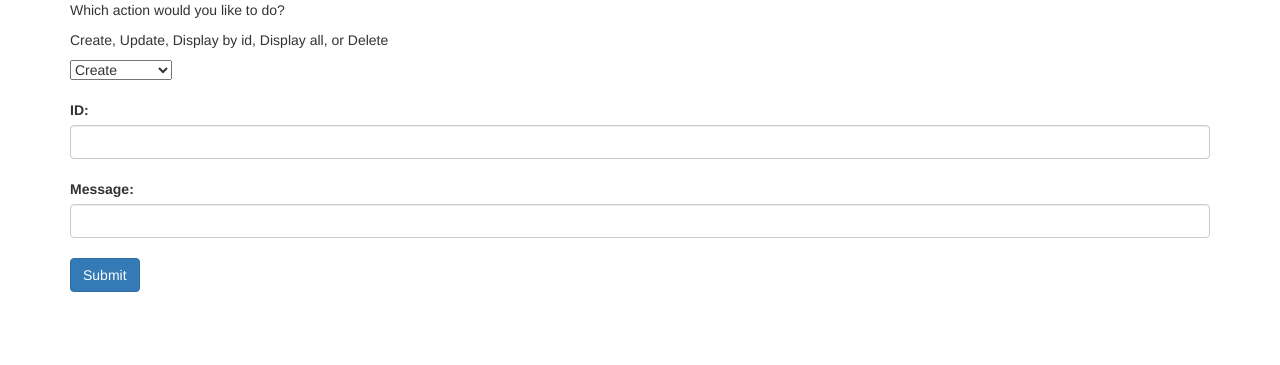
Repository: kddean/Lab3
Page: ToDoSystem-SinglePage/WebContent/ToDo.html
These files come from the project's save history. The page is drawn as it stood at one moment and after the next save; the edit follows.
The browser window is 1280 px wide. The pictures show the whole page.

Above is the page before, as saved 2016-03-25 19:55:42.
Console error: SyntaxError: Unexpected token 'var'

### ToDoSystem-SinglePage/WebContent/ToDo.html
<!DOCTYPE html>
<html>
<head>
<!-- <meta charset="ISO-8859-1"> -->
<meta charset="utf-8">
<meta name="viewport" content="width=device-width, initial-scale=1">
<link rel="stylesheet" href="http://maxcdn.bootstrapcdn.com/bootstrap/3.3.6/css/bootstrap.min.css">
<script src="https://ajax.googleapis.com/ajax/libs/jquery/1.12.0/jquery.min.js"></script>
<script src="http://maxcdn.bootstrapcdn.com/bootstrap/3.3.6/js/bootstrap.min.js"></script>
<title>ToDoSystem</title>
</head>
<body>
<div class="container">
<form name = "ToDoForm" method ="post" action ="ToDoServlet">
	<div class="form-group">
	<p>Which action would you like to do?</p>
	<p>Create, Update, Display by id, Display all, or Delete</p>

	<select name="actions">
		<option value="create">Create</option>
  		<option value="update">Update</option>
  		<option value="displayid">Display by id</option>
  		<option value="displayall">Display all</option>
 		<option value="delete">Delete</option>
	</select>
	<br><br>
	<label>ID:</label><input type="text" class="form-control" name="id">
	<br>
	<label>Message:</label><input type="text" class="form-control" name="message">
	<br>
	<button type="submit" onclick="loadDoc()" class="btn btn-primary">Submit</button>
	</div>
</form>
</div>

<script type="text/javascript">
function loadDoc()
	var xhttp = new XMLHttpRequest();
	xhttp.onreadystatechange = function(){
		if (xhttp.readyState == 4 && xhttp.status == 200) {
		      document.getElementById("demo").innerHTML = xhttp.responseText;
		    }
	};
	  xhttp.open("POST", "ToDo.html", true);
	  xhttp.setRequestHeader("Content-type", "application/x-www-form-urlencoded");
	  xhttp.send();
</script>
</body>
</html>

After the next save:
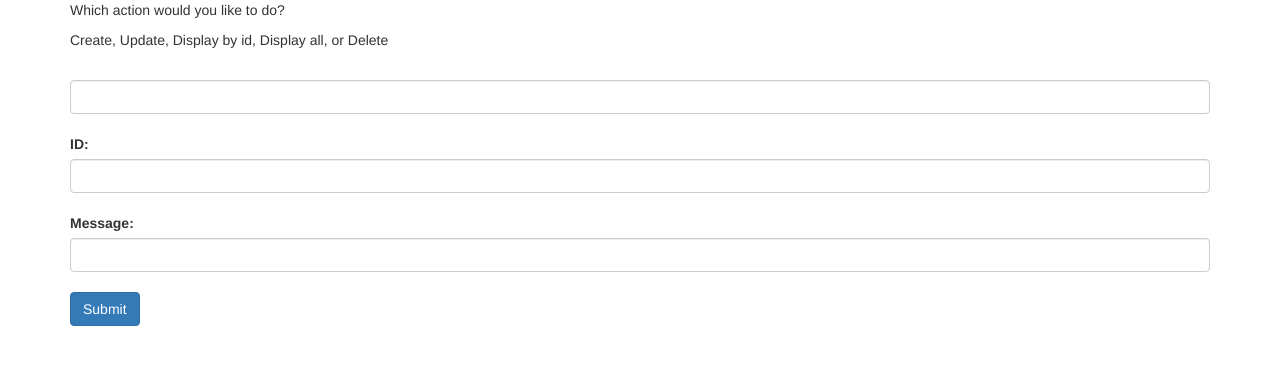
Saved 2 min 14 s later.
--- a/ToDoSystem-SinglePage/WebContent/ToDo.html
+++ b/ToDoSystem-SinglePage/WebContent/ToDo.html
@@ -15,15 +15,8 @@
 	<div class="form-group">
 	<p>Which action would you like to do?</p>
 	<p>Create, Update, Display by id, Display all, or Delete</p>
-
-	<select name="actions">
-		<option value="create">Create</option>
-  		<option value="update">Update</option>
-  		<option value="displayid">Display by id</option>
-  		<option value="displayall">Display all</option>
- 		<option value="delete">Delete</option>
-	</select>
-	<br><br>
+	<label></label><input type="text" class="form-control" name="action">
+	<br>
 	<label>ID:</label><input type="text" class="form-control" name="id">
 	<br>
 	<label>Message:</label><input type="text" class="form-control" name="message">

After the save that followed:
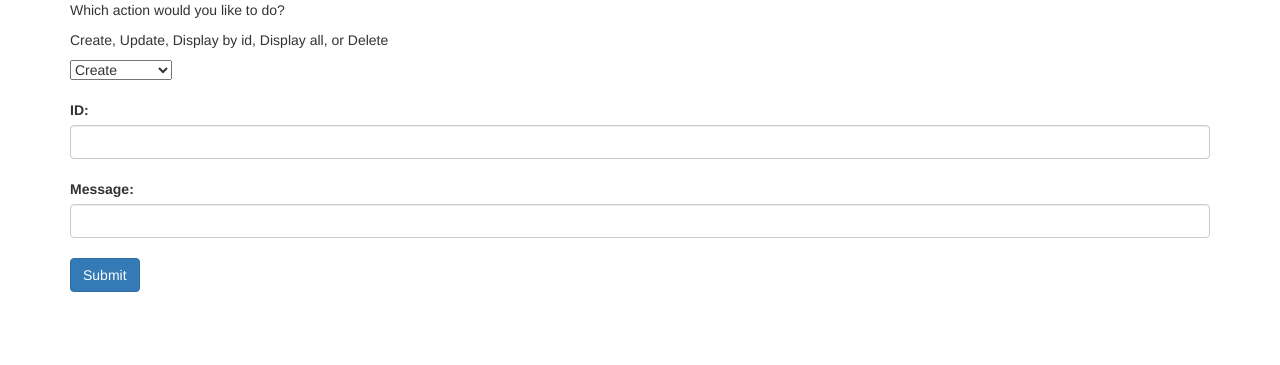
Saved 103 s later.
--- a/ToDoSystem-SinglePage/WebContent/ToDo.html
+++ b/ToDoSystem-SinglePage/WebContent/ToDo.html
@@ -15,8 +15,15 @@
 	<div class="form-group">
 	<p>Which action would you like to do?</p>
 	<p>Create, Update, Display by id, Display all, or Delete</p>
-	<label></label><input type="text" class="form-control" name="action">
-	<br>
+
+	<select name="actions">
+		<option value="create">Create</option>
+  		<option value="update">Update</option>
+  		<option value="displayid">Display by id</option>
+  		<option value="displayall">Display all</option>
+ 		<option value="delete">Delete</option>
+	</select>
+	<br><br>
 	<label>ID:</label><input type="text" class="form-control" name="id">
 	<br>
 	<label>Message:</label><input type="text" class="form-control" name="message">
